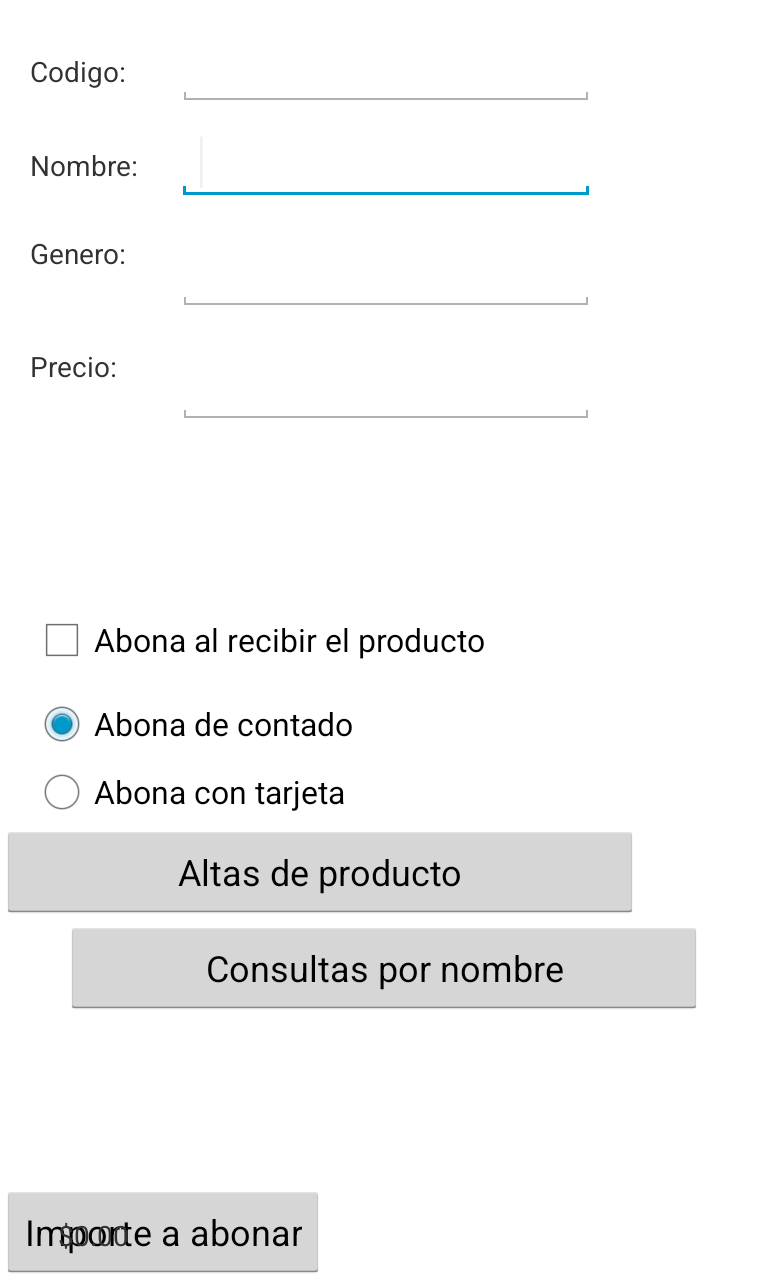
Repository: unknoman/javaAndroidDesempenos
Layout: parcial2h/res/layout/activity_main.xml
The author's editor kept a copy of each file at every save. The layout is drawn from the files as they stood at one save, then again after the next save.
It is drawn on a 768 x 1280 px phone screen (xhdpi) without system bars, with theme AppTheme; the app's code is not run.

Above is the layout before, as saved 2022-06-16 06:37:14.

After the next save:
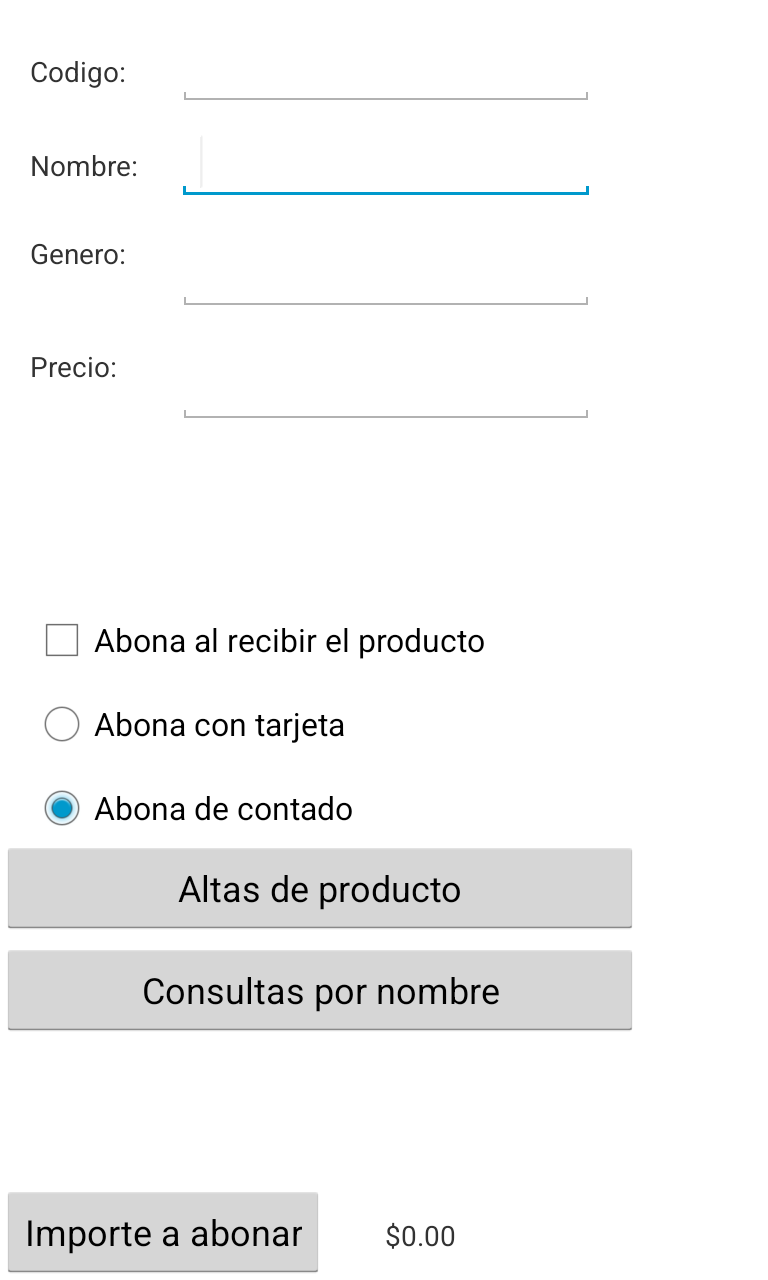
Saved 88 s later.
--- a/parcial2h/res/layout/activity_main.xml
+++ b/parcial2h/res/layout/activity_main.xml
@@ -89,50 +89,6 @@
         android:layout_centerVertical="true"
         android:text="Abona al recibir el producto" />
 
-    <RadioGroup
-        android:id="@+id/radioGroup1"
-        android:layout_width="wrap_content"
-        android:layout_height="wrap_content"
-        android:layout_alignLeft="@+id/cb1"
-        android:layout_below="@+id/cb1"
-        android:layout_marginTop="34dp" >
-
-        <RadioButton
-            android:id="rd2"
-            android:layout_width="wrap_content"
-            android:layout_height="wrap_content"
-            android:layout_marginTop="10dp"
-            android:text="Abona con tarjeta" />
-
-    </RadioGroup>
-
-    <RadioButton
-        android:id="rd1"
-        android:layout_width="wrap_content"
-        android:layout_height="wrap_content"
-        android:layout_alignLeft="@+id/radioGroup1"
-        android:layout_below="@+id/cb1"
-        android:layout_marginTop="10dp"
-        android:checked="true"
-        android:text="Abona de contado" />
-
-    <Button
-        android:id="@+id/button1"
-        android:layout_width="320dp"
-        android:layout_height="wrap_content"
-        android:layout_alignParentLeft="true"
-        android:layout_below="@+id/radioGroup1"
-        android:minWidth="64dp"
-        android:text="Altas de producto" />
-
-    <Button
-        android:id="@+id/button2"
-        android:layout_width="320dp"
-        android:layout_height="wrap_content"
-        android:layout_below="@+id/button1"
-        android:layout_centerHorizontal="true"
-        android:text="Consultas por nombre" />
-
     <Button
         android:id="@+id/button3"
         android:layout_width="wrap_content"
@@ -147,8 +103,49 @@
         android:layout_height="wrap_content"
         android:layout_alignBaseline="@+id/button3"
         android:layout_alignBottom="@+id/button3"
-        android:layout_marginLeft="29dp"
-        android:layout_toRightOf="@+id/radio0"
+        android:layout_alignRight="@+id/cb1"
+        android:layout_marginRight="15dp"
         android:text="$0.00" />
 
+    <RadioGroup
+        android:id="@+id/radioGroup1"
+        android:layout_width="wrap_content"
+        android:layout_height="wrap_content"
+        android:layout_alignLeft="@+id/cb1"
+        android:layout_below="@+id/cb1" >
+
+        <RadioButton
+            android:id="rd2"
+            android:layout_width="wrap_content"
+            android:layout_height="wrap_content"
+            android:layout_marginTop="10dp"
+            android:text="Abona con tarjeta" />
+
+        <RadioButton
+            android:id="rd1"
+            android:layout_width="wrap_content"
+            android:layout_height="wrap_content"
+            android:layout_marginTop="10dp"
+            android:checked="true"
+            android:text="Abona de contado" />
+    </RadioGroup>
+
+    <Button
+        android:id="@+id/button1"
+        android:layout_width="320dp"
+        android:layout_height="wrap_content"
+        android:layout_alignParentLeft="true"
+        android:layout_below="@+id/radioGroup1"
+        android:minWidth="64dp"
+        android:text="Altas de producto" />
+
+    <Button
+        android:id="@+id/button2"
+        android:layout_width="320dp"
+     android:layout_marginTop="3dp"
+        android:layout_height="wrap_content"
+        android:layout_alignParentLeft="true"
+        android:layout_below="@+id/button1"
+        android:text="Consultas por nombre" />
+
 </RelativeLayout>
